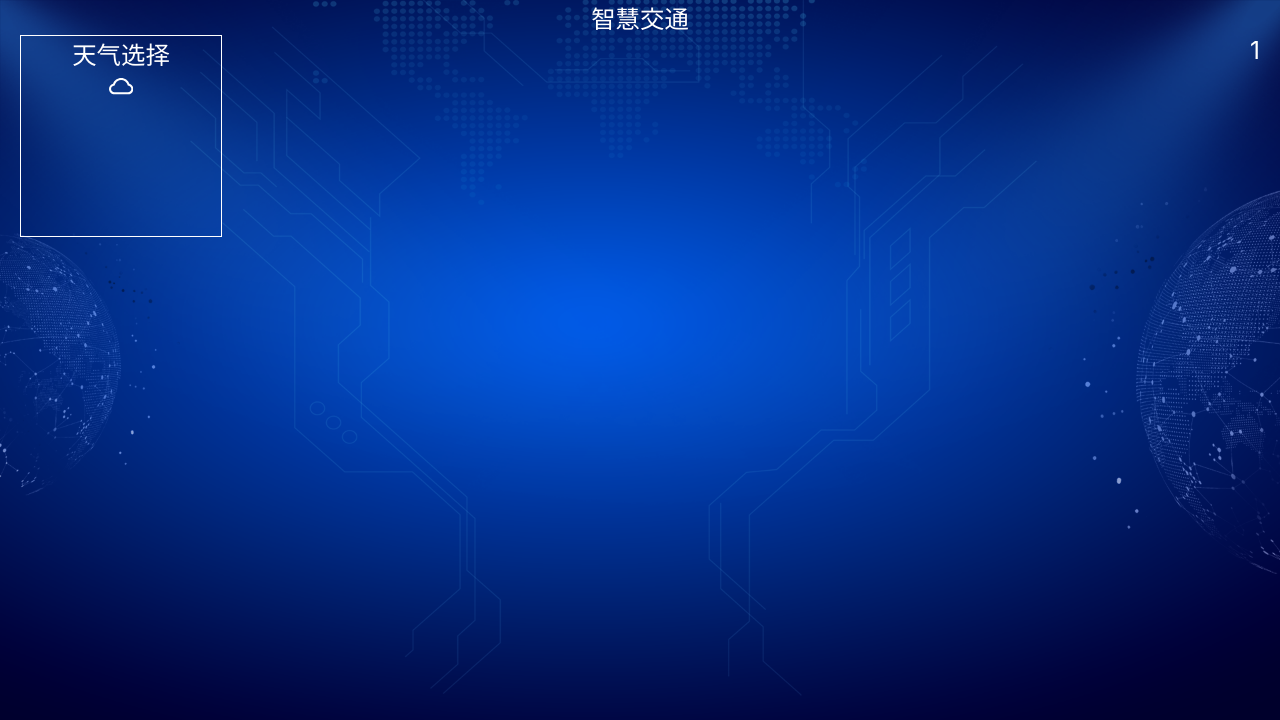
Repository: lizzie7d/smart-traffic
Page: /
The author's editor kept a copy of each file at every save. The page is drawn from the files as they stood at one save, then again after the next save.
The browser window is 1280 px wide. The pictures show the whole page.
The project was rebuilt for these pictures with package versions that can differ from the ones it lists, and the page was loaded fresh each time.

Above is the page before, as saved 2023-04-11 17:33:32.

### src/App.js
import "./App.css";
import MainPage from "./pages/main";

function App() {
  return (
    <div className="App">
      <header className="App-header"></header>
      <content className="App-content">
        <MainPage />
      </content>
    </div>
  );
}

export default App;

### src/App.css
.App {
  text-align: center;
}


.App-content {
  /* background-color: #282c34; */
  min-height: 100vh;
  display: flex;
  background-image: url(./assets/bg-image.png);
background-repeat: no-repeat;
background-size: 100%;
  flex-direction: column;
  font-size: calc(10px + 2vmin);
  color: white;
}


.App-link {
  color: #61dafb;
}

@keyframes App-logo-spin {
  from {
    transform: rotate(0deg);
  }
  to {
    transform: rotate(360deg);
  }
}

### src/pages/main.jsx
import React from 'react';
import './style.css'
import { CloudOutlined } from '@ant-design/icons';
const MainPage = () => {
    return (
        <div className="main-container">
            <div className="main-title">
                智慧交通

            </div>
            <div className="main-content">
                <div>
                    <div className="detail-section">
                        <div>天气选择</div>
                        <CloudOutlined />
                    </div>
                </div>
                <div>1</div>
            </div>
        </div>
    )
}
export default MainPage;

### src/pages/style.css
.main-container{

height: 100%;
width: 100%;
}

.main-content{
    padding: 0px 20px;
    display: flex;
    flex-direction: row;
    justify-content: space-between;
    gap: 10px;
}

.detail-section{
    border: 1px solid #fff;
    height: 200px;
    width: 200px;
}

.detail-title{
    font-size: 16px;
    border-bottom: 1px solid #fff;
}

Loaded but not shown: public/index.html (common file); src/index.js (common file); src/index.css (common file); src/reportWebVitals.js (common file)

After the next save:
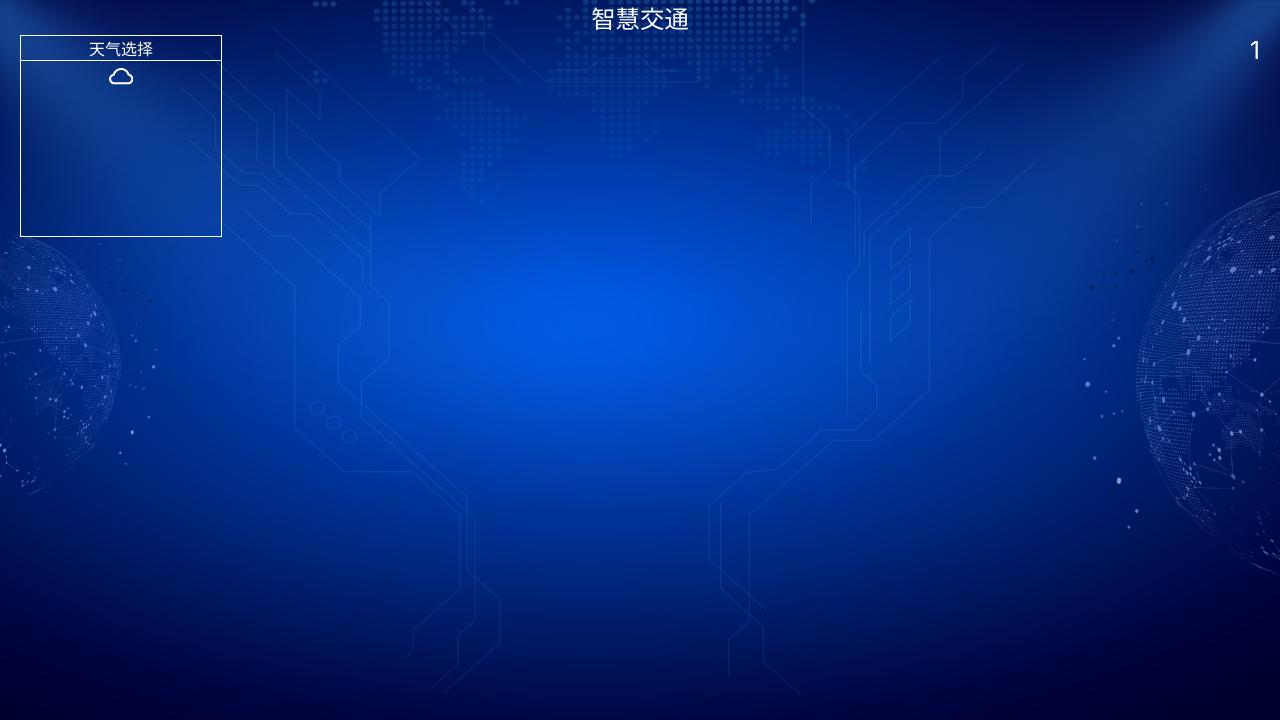
Saved 1 s later.
--- a/src/pages/main.jsx
+++ b/src/pages/main.jsx
@@ -11,7 +11,7 @@ const MainPage = () => {
             <div className="main-content">
                 <div>
                     <div className="detail-section">
-                        <div>天气选择</div>
+                        <div className='detail-title'>天气选择</div>
                         <CloudOutlined />
                     </div>
                 </div>
